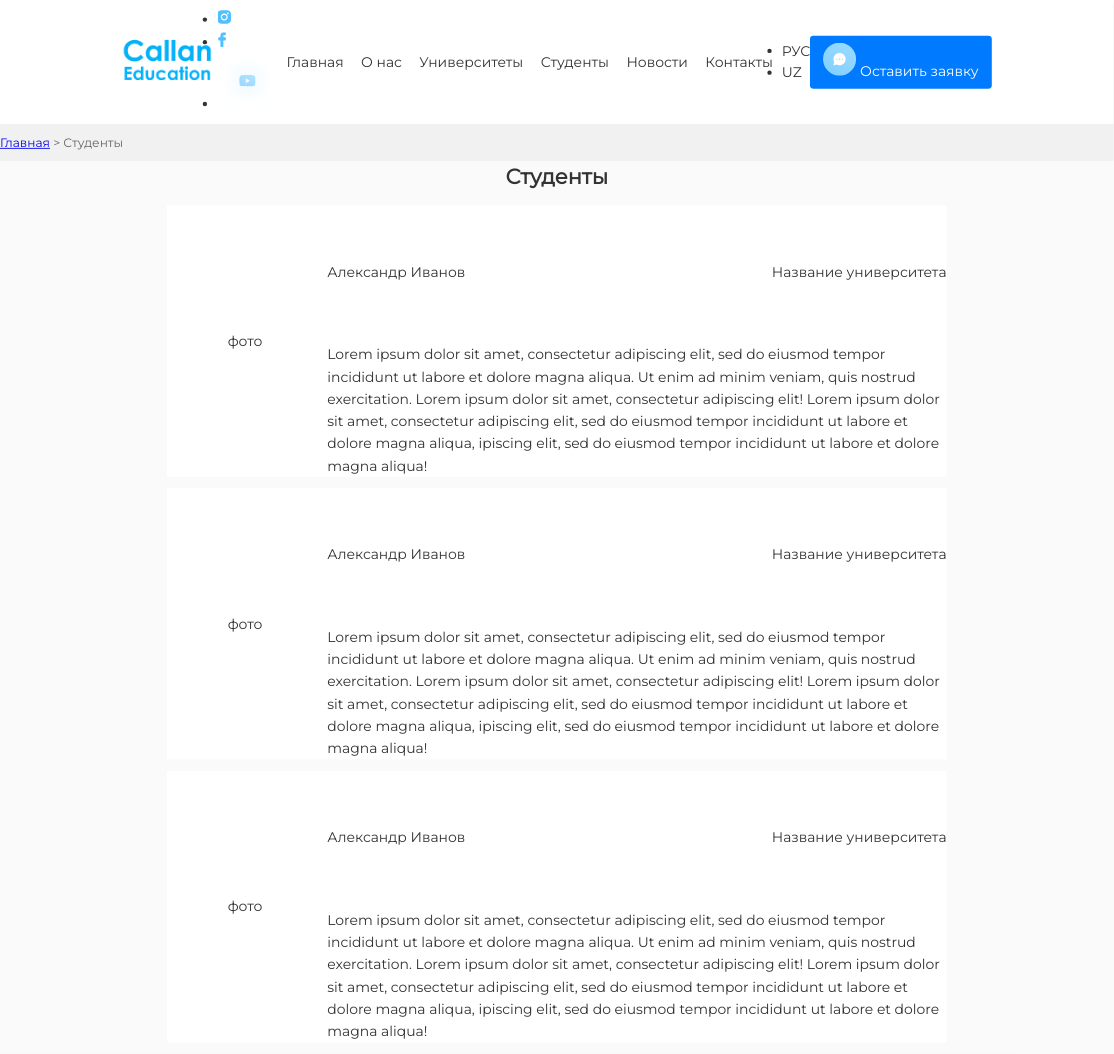
Repository: olyakorzh/Team-project-1
Page: assets/pages/students.html
The author's editor kept a copy of each file at every save. The page is drawn from the files as they stood at one save, then again after a run of saves.
The browser window is 1280 px wide. The pictures show the whole page, at 87% of full size.

Above is the page before, as saved 2024-12-07 10:07:48.

After the next 2 saves:
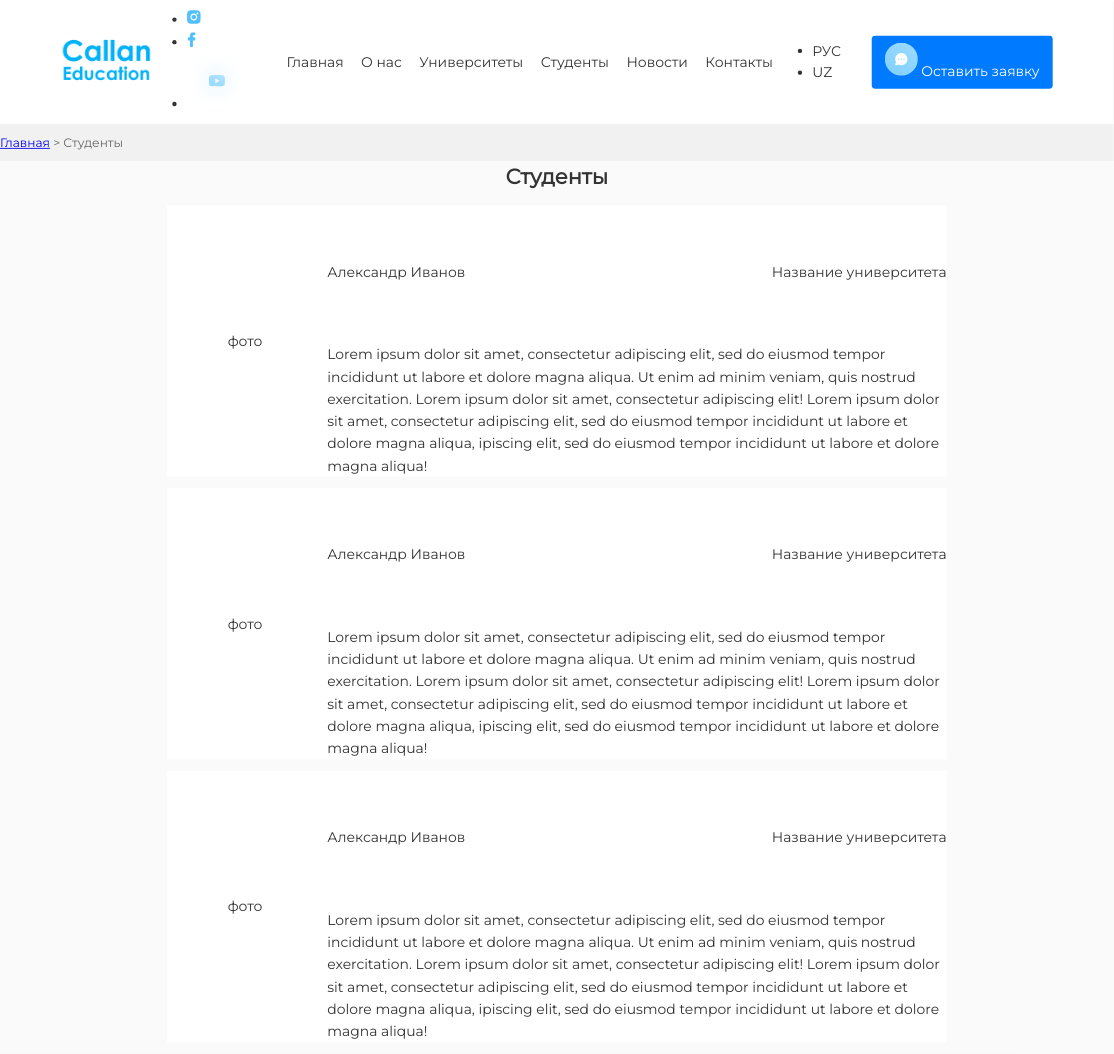
The 2 saves are shown as one change because they came seconds apart.
The last was saved 21 s later.
--- a/assets/styles/students.css
+++ b/assets/styles/students.css
@@ -36,7 +36,9 @@
   .header__container {
     display: flex;
     align-items: center;
-    justify-content: center;
+    justify-content: space-between;
+    max-width: 1140px;
+    margin: 0 auto;
   }
 
   .header__logo {
